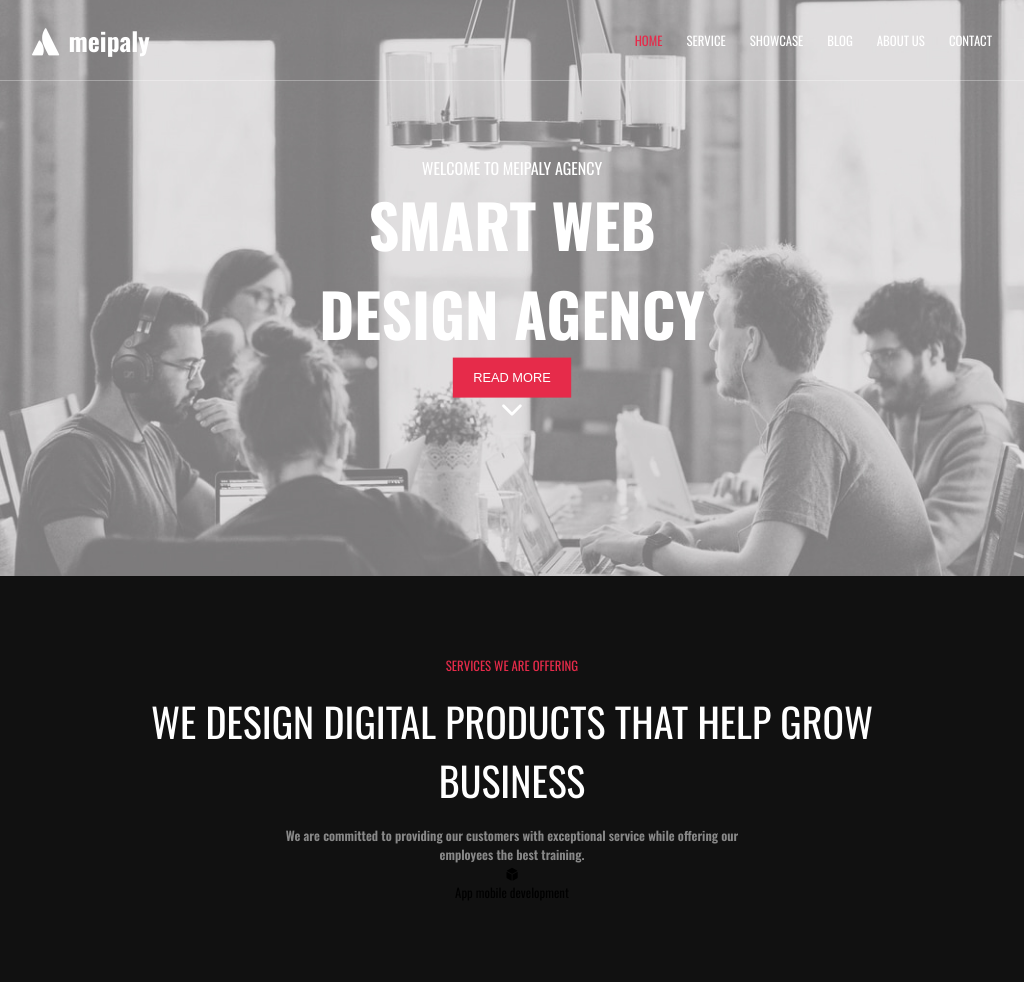
Repository: trminhphuc1504/meipaly
Page: meipaly.html
The author's editor kept a copy of each file at every save. The page is drawn from the files as they stood at one save, then again after the next save.
The browser window is 1280 px wide. The pictures show the whole page, at 80% of full size.
Some web libraries are served in a nearby version.

Above is the page before, as saved 2024-08-19 00:05:43.

### meipaly.html
<!DOCTYPE html>
<html lang="en">
  <head>
    <meta charset="UTF-8" />
    <meta http-equiv="X-UA-Compatible" content="IE=edge" />
    <meta name="viewport" content="width=device-width, initial-scale=1.0" />
    <title>Meipaly</title>
    <!-- link logo -->
    <link
      rel="stylesheet"
      href="https://cdnjs.cloudflare.com/ajax/libs/font-awesome/6.6.0/css/all.min.css"
    />
    <!-- google-font -->
    <link rel="preconnect" href="https://fonts.googleapis.com" />
    <link rel="preconnect" href="https://fonts.gstatic.com" crossorigin />
    <link
      href="https://fonts.googleapis.com/css2?family=Oswald:wght@200..700&display=swap"
      rel="stylesheet"
    />
    <!-- link css -->
    <link rel="stylesheet" href="css/meipaly.css" />
  </head>
  <body>
    <!-- header -->
    <section id="header">
      <div class="container">
        <header>
          <div class="header-logo">
            <i class="fa-brands fa-atlassian"></i> <span>meipaly </span>
          </div>
          <nav class="header-nav">
            <ul>
              <li><a class="active" href="">HOME</a></li>
              <li><a href="">SERVICE</a></li>
              <li><a href="">SHOWCASE</a></li>
              <li><a href="">BLOG</a></li>
              <li><a href="">ABOUT US</a></li>
              <li><a href="">CONTACT</a></li>
            </ul>
          </nav>
        </header>
      </div>
    </section>
    <!-- banner -->
    <section id="banner">
      <div class="banner-content">
        <p class="banner-desc">WELCOME TO MEIPALY AGENCY</p>
        <h1 class="banner-title">SMART WEB DESIGN AGENCY</h1>
        <button class="banner-btn">Read More</button>
        <i class="fa-solid fa-chevron-down banner-icon"></i>
      </div>
    </section>

    <!-- Carousel -->
    <section id="carousel">
      <div class="container">
        <div class="carousel-content">
          <div class="carousel-sub-title">SERVICES WE ARE OFFERING</div>
          <h2 class="carousel-title">
            WE DESIGN DIGITAL PRODUCTS THAT HELP GROW BUSINESS
          </h2>
          <p class="carousel-desc">
            We are committed to providing our customers with exceptional service
            while offering our employees the best training.
          </p>
          <div class="carousel-slider">
            <div class="carousel-slider">
              <i class="fa-solid fa-dice-d6"></i>
              <p>App mobile development</p>
            </div>
            <div class="carousel-slider"></div>
            <div class="carousel-slider"></div>
            <div class="carousel-slider"></div>
            <div class="carousel-slider"></div>
            <div class="carousel-slider"></div>
            <div class="carousel-slider"></div>
            <div class="carousel-slider"></div>
          </div>
        </div>
      </div>
    </section>
  </body>
</html>

### css/meipaly.css
/* reset css */
* {
margin: 0;
padding: 0;
box-sizing: border-box;
}

/* reset gạch chân mặc định của thẻ a  */
a{
    text-decoration: none;
}
html{
    font-family: "Oswald", sans-serif;
}

.container{
    max-width: 1200px;
    margin: auto;
    /* background: blue; */
}

/* --------------Header-------------- */
header{
    display: flex;
    justify-content: space-between;
    height: 100px;
    align-items: center;
}

#header{
    position: absolute;
    width: 100%;
    left: 0;
    top:0;
    border-bottom:1px solid rgba(255, 255, 255, 0.4);
}

header .header-logo{
    /* thay đổi hình dạng của con trỏ chuột */
    cursor:pointer ;
}

/* selector chọn những thẻ có class là header-logo nằm trong thẻ header */
header .header-logo span{
 font-size:32px;
 font-weight: 700;
 color:#fff;
 margin-left:  8px;
}

header .header-logo i{
    font-size:34px;
    color: #fff;
}

header .header-nav a{
    text-decoration: none;
    text-transform: uppercase;
    color: #fff;
    /* Xác định thuộc tính thay đổi */
    /* transition: all; */

    /* Thời gian thực hiện chuyển động thay đổi */
    /* transition-duration: 0.3s; */

    /* Hiệu ứng thay đổi */
    /* transition-timing-function: ease-in-out; */

    /* Cú pháp rút gọn */
    transition: all 0.3s ease-in-out;
}
/* hover: bắt sự kiện khi rê chuột vào thẻ a */
header .header-nav a:hover{
color: #e62b4a;
}
/* C1 */
/* header .header-nav li {
    display: inline;
    margin: 30px;
} */

/* C2: Sử dụng flex */
header .header-nav ul{
    /* bỏ đi đánh dấu của thẻ ul li */
    list-style: none;
    display: flex;
    /* chỉnh khoảng cách giữa các flex items */
    gap: 30px;
}
/* C1: thêm class active vào thẻ a ở file html */
/* Seclector tới thẻ a có class active nằm trong header-nav và trong header */
header .header-nav a.active{
    color: #e62b4a;
}

/* C2 */
/* Selector tới thẻ a trong thẻ con li đầu tiên của thẻ ul */
/* nth-child():lựa chọn tới thẻ con bất kì */
/* header .header-nav ul li:first-child{
    color: #e62b4a;
} */

#banner{
        /* Dùng hình ảnh để làm hình nền  */
        background:url(../img/home_slider.jpg);
        /*Tránh trường hợp lặp lại hình*/
        background-repeat: no-repeat;
        /* Chỉnh kích thước của hình nền */
        /* cover:chiếm hết toàn bộ kích thước của thẻ cha */
        /* contain: Giữ nguyên kích thước của hình*/
        background-size: cover;
        /* Chỉnh sửa vị trí của hình background */
        background-position: center;

        /* Cú pháp viết gọn */
        /* background:url(../img/home_slider.jpg) no-repeat center / cover; */
}



/* Banner */
/* Căn giữa nội dụng */
/* C1: flex box */
#banner .banner-content{
    display: flex;
    flex-direction: column;
    justify-content: center;
    align-items: center;
    height:100vh;
}

#banner .banner-content .banner-icon{
    color:#fff;
    font-size: 28px;

    /* Tên của animation đang muốn áp dụng vào */
    animation-name: fadeDown;

    /* Kiểu chuyển động của animation */
    animation-timing-function: linear;

    /* Thời gian thực hiện của animation */
    animation-duration: 1s;

    animation-fill-mode: both;

    /* Thời gian chờ trước khi animation đc thực hiện */
    animation-delay: 1s;

    /* Số lần animation đc thực hiện */
    animation-iteration-count: infinite;


    /* Cú pháp rút gọn: */
    /* animation:fadeDown 1s linear infinite; */
}

/* C2:Position */
/* #banner{
    position: relative;
} */

/* #banner .banner-content{
    position: absolute;
    top:50%;
    left:50%;
    transform: translate(-50%,-50%);
    margin-top:79px;
    text-align: center;
    background-color: #111;
} */

#banner .banner-content .banner-desc{
    color: white;
    font-size: 20px;

}

#banner .banner-content .banner-title{
    color: white;
    font-size: 75px;
    max-width: 500px;
    text-align: center;
}



#banner .banner-content .banner-btn{
    background-color: rgb(230, 43, 74);
    padding: 14px 24px;
    text-transform: uppercase;
    color: #fff;
    font-size: 16px;
    font-weight: 400;
    cursor: pointer;
    outline: none;
    border: 2px solid transparent;
    transition: all 0.3s ease-in-out;
}

#banner .banner-content .banner-btn:hover{
    /* Giá trị cuối cùng (alpha) từ 0-1 giá trị càng nhỏ thì càng đậm */
    /* background-color: rgb(230, 43, 74); */
    background: rgb(230, 43, 74 ,0.6);
}

/* Tạo animation */
/* @keyframe */
@keyframes fadeDown {
    from{
        /* thuộc tính của trang thái bắt đầu */
        opacity: 1;
        transform: translateY(0);
    }
    to{
        /* thuộc tính ở trạng thái khết thúc */
        opacity: 0;
        transform: translateY(50px);
    }
}


/* Carousel */
#carousel{
    padding: 100px 80px;
    background-color:#111;
}

#carousel .carousel-content {
    text-align: center;

}

#carousel .carousel-content .carousel-sub-title{
    color:#e62b4a
}

#carousel .carousel-content .carousel-title{
    font-size: 50px;
    font-weight: 400;
    color:#fff;
    padding: 20px 60px;
}

#carousel .carousel-content .carousel-desc{
    font-size: 16px;
    font-weight: 600;
    color: #888;
    /* padding: 0 60px; */
    /* Độ rộng lớn nhất 600px */
    max-width: 600px;
    /* Căn giữa */
    margin: auto;
}

After the next save:
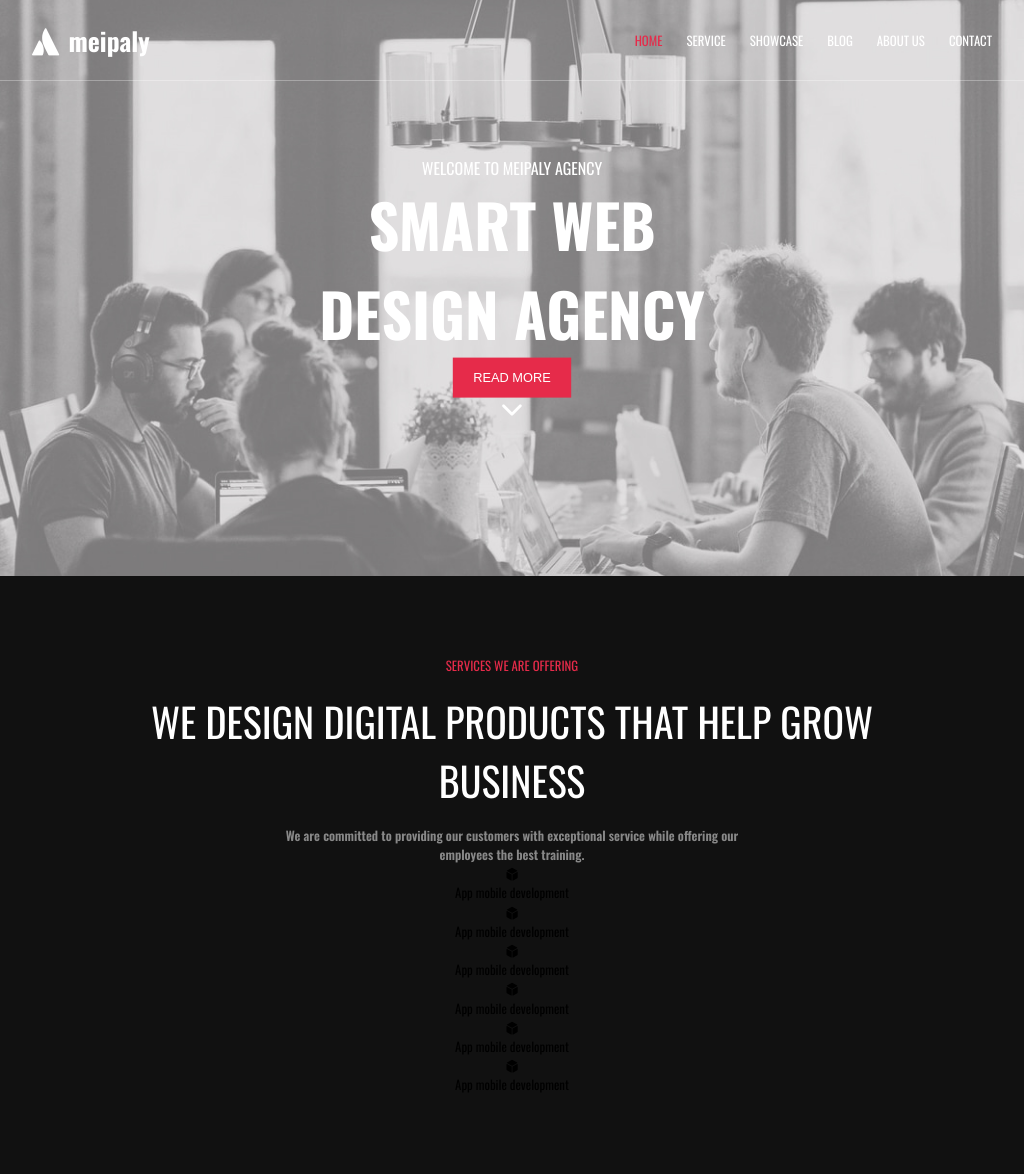
Saved 23 s later.
--- a/meipaly.html
+++ b/meipaly.html
@@ -68,13 +68,26 @@
               <i class="fa-solid fa-dice-d6"></i>
               <p>App mobile development</p>
             </div>
-            <div class="carousel-slider"></div>
-            <div class="carousel-slider"></div>
-            <div class="carousel-slider"></div>
-            <div class="carousel-slider"></div>
-            <div class="carousel-slider"></div>
-            <div class="carousel-slider"></div>
-            <div class="carousel-slider"></div>
+            <div class="carousel-slider">
+              <i class="fa-solid fa-dice-d6"></i>
+              <p>App mobile development</p>
+            </div>
+            <div class="carousel-slider">
+              <i class="fa-solid fa-dice-d6"></i>
+              <p>App mobile development</p>
+            </div>
+            <div class="carousel-slider">
+              <i class="fa-solid fa-dice-d6"></i>
+              <p>App mobile development</p>
+            </div>
+            <div class="carousel-slider">
+              <i class="fa-solid fa-dice-d6"></i>
+              <p>App mobile development</p>
+            </div>
+            <div class="carousel-slider">
+              <i class="fa-solid fa-dice-d6"></i>
+              <p>App mobile development</p>
+            </div>
           </div>
         </div>
       </div>
